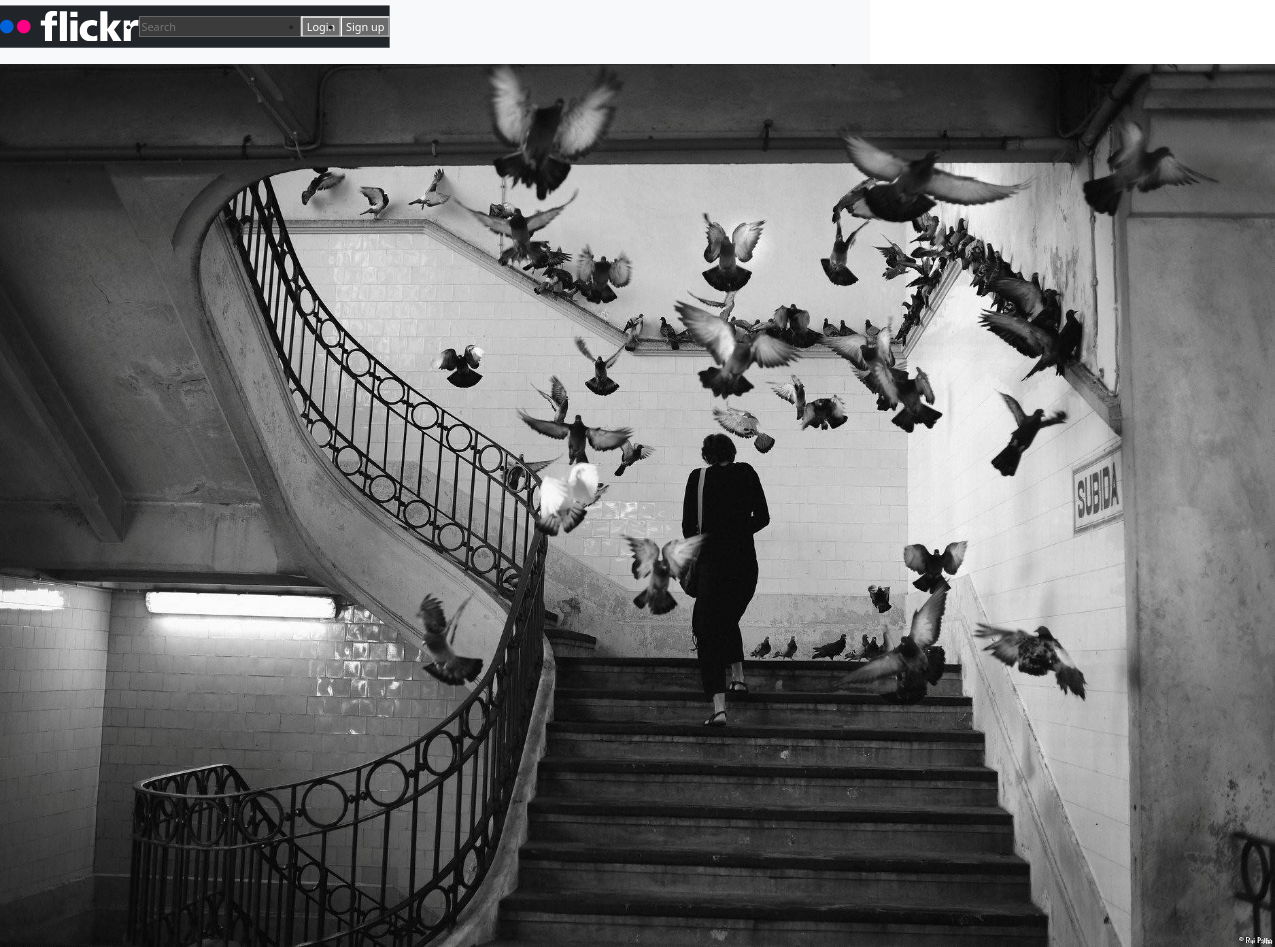
Repository: Alphosmart/LEVEL_1
Page: index.html
An editor plug-in stored every save of this project. The page is shown before and after the next save, followed by the edit.
The browser window is 1280 px wide. The page is 1875 px wide, so the pictures cover 1875 px, including what lies to the right of the window. The pictures show the whole page, at 68% of full size.

Above is the page before, as saved 2024-06-03 09:40:33.

After the next save:
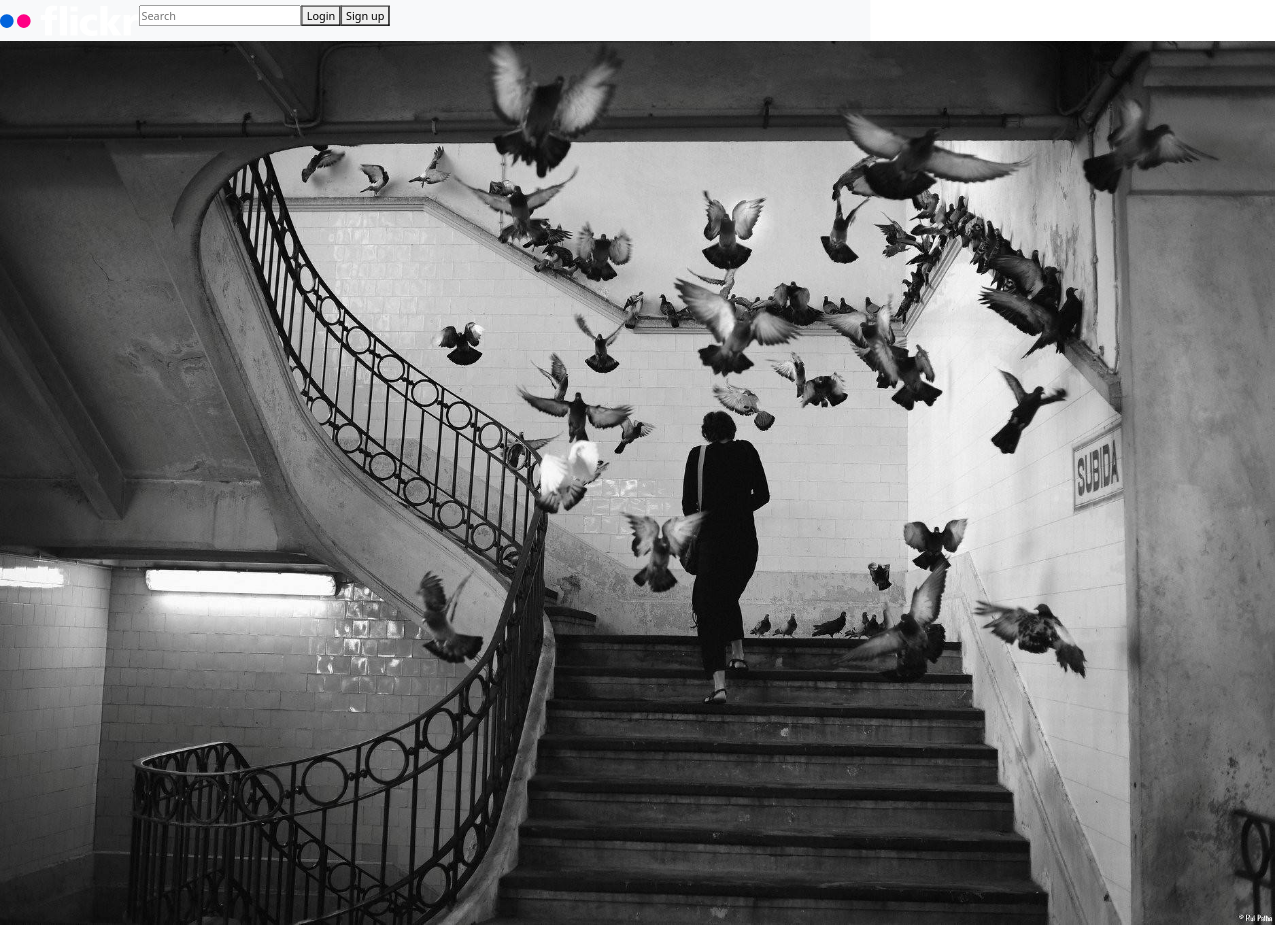
Saved 3 min 2 s later.
--- a/index.html
+++ b/index.html
@@ -14,7 +14,7 @@
   </head>
   <body>
     <nav class="navbar navbar-expand-lg bg-body-tertiary">
-      <ul class="navbar bg-dark border-bottom border-body" data-bs-theme="dark">
+      <ul class="nav justify-content-end">
         <li><img src="/svg-export/svgexport-2.svg" alt="" /></li>
         <li><input type="text" placeholder="Search" /></li>
         <li><button>Login</button></li>
